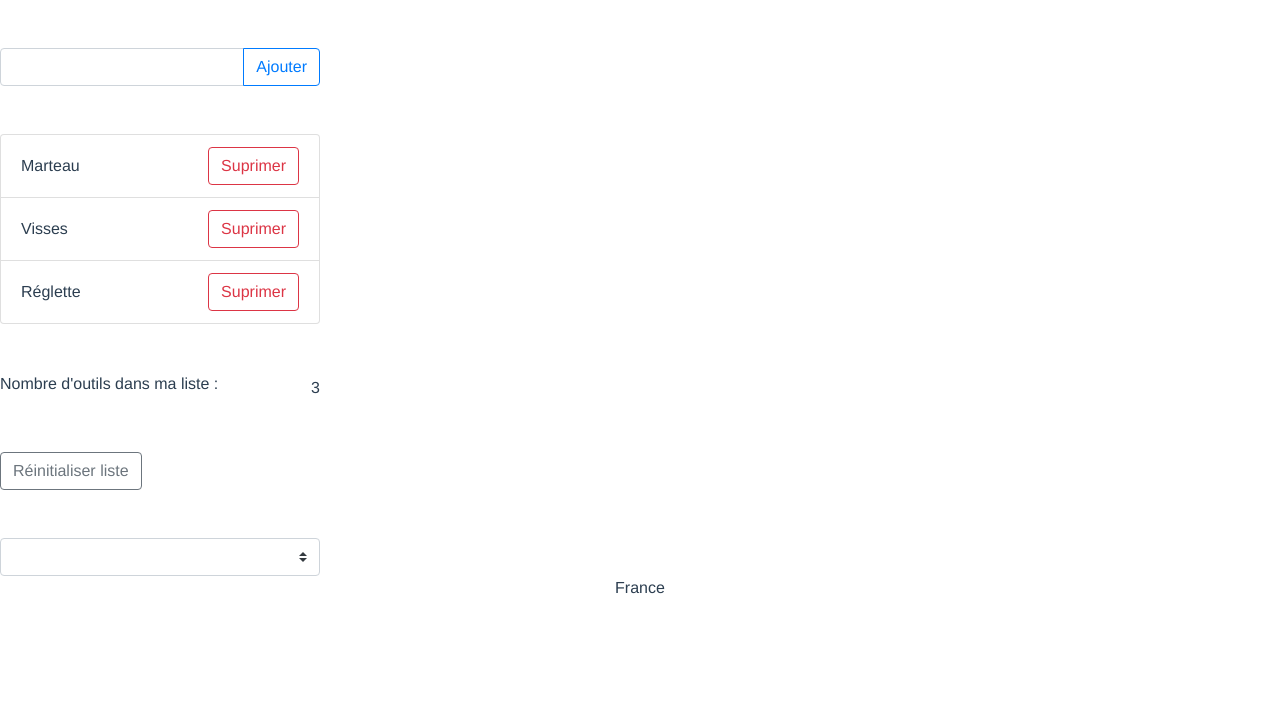
Repository: corentin-e-student/test-vue
Page: /
The author's editor kept a copy of each file at every save. The page is drawn from the files as they stood at one save, then again after the next save.
The browser window is 1280 px wide. The pictures show the whole page.
The project was rebuilt for these pictures with package versions that can differ from the ones it lists, and the page was loaded fresh each time. Also part of the build but not shown: vue.config.js.

Above is the page before, as saved 2023-03-09 15:44:05.

### src/main.js
import Vue from 'vue'
import App from './App.vue'
import router from './router'
import store from './store'
import { BootstrapVue } from 'bootstrap-vue'

import 'bootstrap/dist/css/bootstrap.css'
import 'bootstrap-vue/dist/bootstrap-vue.css'

Vue.use(BootstrapVue)
Vue.config.productionTip = false

new Vue({
  router,
  store,
  render: h => h(App)
}).$mount('#app')

### src/store/index.js
import Vue from 'vue'
import Vuex from 'vuex'

import modules from './modules'

Vue.use(Vuex)

export default new Vuex.Store({
  modules
})

### src/views/HomeView.vue
<template>
  <!-- <div>
    <TodoList/>
  </div> -->
  <div>
    <AddToolField/>
    <ToolsList @resetChange="resetTodoList"/>
    <SelectCountry v-on:selected-country="getSelected($event)"/>
    <AddSiretFieldInput v-if="showInputSiret === 'fr'"/>
    <div>France</div>
  </div>
</template>

<script>
// @ is an alias to /src
/* import TodoList from '@/components/TodoList.vue' */
import AddToolField from '@/components/AddToolField.vue'
import AddSiretFieldInput from '@/components/AddSiretFieldInput.vue'
import ToolsList from '@/components/ToolsList.vue'
import { mapActions, mapMutations } from 'vuex'
import SelectCountry from '@/components/SelectCountry.vue'

export default {
  name: 'HomeView',
  methods: {
    ...mapMutations({
      resetTodoList: "todo/TODO_LIST_SET"
    }),
    ...mapActions("todo", [ "resetList"]),
    getSelected(event) {
      console.log(event)
      this.showInputSiret = event;
    }
  },
components: {
  AddToolField,
  AddSiretFieldInput,
  ToolsList,
  /*TodoList,*/
  SelectCountry
}
}
</script>

### src/store/modules/index.js
const requireModule = require.context('.', false, /\.js$/)
const modules = {}

requireModule.keys().forEach(filename => {
  // create the module name from fileName
  const moduleName = filename
    .replace(/(\.\/|\.js|-)/g, '')

  modules[moduleName] = requireModule(filename).default || requireModule(filename)
})

export default modules

### src/components/AddToolField.vue
<template>
    <div id="app-1">
        <b-input-group class="w-25 mt-5">
            <b-form-input type="texte" v-model="toolname"></b-form-input>
            <b-input-group-append>
                <b-button variant="outline-primary"
                @click="addTool(toolname)">
                    Ajouter
                </b-button>
            </b-input-group-append>
        </b-input-group>
    </div>
</template>
<script>
import { mapActions, mapState, mapGetters } from 'vuex'
    export default {
        name: 'AddToolField',
        data: () => ({
            toolname: null
        }),
        computed: {
            ...mapState({
                todoList: state => state.todo.todoList,
            }),
            ...mapGetters("todo", ["publishTodoListLength"]),
        },
        watch: {
            publishTodoListLength() {
                this.toolname=""
            }
        },
        methods: {
            ...mapActions("todo", ["addTool"]),
        }
    }
</script>

### src/components/ToolsList.vue
<template>
    <div id="app-2">

        <b-list-group class="w-25 mt-5">
            <b-list-group-item class="d-flex justify-content-between align-items-center"
            v-for="(tool, index) in todoList" :key="tool.id">
                {{ tool.name }} <b-button variant="outline-danger"
                @click="removeTool(index)">Suprimer</b-button>
            </b-list-group-item>
        </b-list-group>

        <div class="w-25 mt-5 d-flex b-col justify-content-between align-items-center">
            <label>Nombre d'outils dans ma liste :</label>
            <span>{{ publishTodoListLength }}</span>
        </div>

        <b-button class="d-flex mt-5" variant="outline-secondary"
        @click="$emit('resetChange')">
            Réinitialiser liste
        </b-button>
    </div>
</template>
<script>
    import { mapActions, mapGetters, mapState } from 'vuex'
    export default {
        name: 'ToolsList',
        data: () => ({
            toolname:null
        }),
        computed: {
            ...mapState({
                todoList: state => state.todo.todoList,
            }),
            ...mapGetters("todo", ["publishTodoListLength"]),
        },
        watch: {
            publishTodoListLength(newVal, oldVal) {
                console.log(newVal, oldVal)
            }
        },
        created() {
            this.readTodoList()
        },
        methods: {
            ...mapActions("todo", ["readTodoList", "removeTool"]),
        }
    }
</script>

### src/components/SelectCountry.vue
<template>
  <div id="app-1" class="d-flex align-items-start">
    <b-form-select class="w-25 mt-5"
    v-model="selectedCountry"
    :options="options"
    @change="onChange"
    >
    </b-form-select>
  </div>
</template>
<script>

export default {
  name: 'AddSiretFieldInput',
  data: () => ({
    selected: null,
    options: [
      { value: null, text: 'Choisissez un pays' },
      { value: 'eng', text: 'Angleterre' },
      { value: 'fr', text: 'France' },
      { value: 'inde', text: 'Inde' },
      { value: 'china', text: 'Chine'}
    ]
  }),
  methods: {
    onChange() {
        this.$emit("selected-country", this.selectedCountry);
    }
}
}
</script>

### src/store/modules/todo.js
const TODO_LIST_SET = "TODO_LIST_SET"
const ADD_TOOL = "ADD_TOOL"
const REMOVE_TOOL = "REMOVE_TOOL"
const RESET_LIST = "RESET_LIST"

function initList() {
  return [{ id: 0, name: 'Marteau' },
  { id: 1, name: 'Visses' },
  { id: 2, name: 'Réglette' }]
}
export default {
  namespaced: true,
  state: {
    todoList: [],
  },
  getters: {
    publishTodoListLength: ({todoList}) => todoList.length
  },
  mutations: {
    [TODO_LIST_SET](state) {
        state.todoList = initList()
    },
    [ADD_TOOL](state, [publishTodoListLength, toolname]) {
      state.todoList.push({id: publishTodoListLength +1, name: toolname})
    },
    [REMOVE_TOOL](state, index) {
      state.todoList.splice(index, 1)
    },
    [RESET_LIST](state) {
      state.todoList = initList()
    },
  },
  actions: {
    readTodoList({commit}) {
        commit(TODO_LIST_SET)
    },
    addTool({commit, getters}, toolname) {
        commit(ADD_TOOL, [getters.publishTodoListLength, toolname])
    },
    removeTool({commit}, index) {
        commit(REMOVE_TOOL, index)
    },
    resetList({commit}) {
      commit(RESET_LIST)
    }
  },
}

### src/components/AddSiretFieldInput.vue
<template>
  <div id="app-1">
      <b-input-group class="w-25 mt-5">
          <b-form-input type="texte" v-model="toolname"></b-form-input>
          <b-input-group-append>
          </b-input-group-append>
      </b-input-group>
  </div>
</template>
<script>

export default {
    name: 'AddSiretFieldInput',
    data: () => ({
    }),
    computed: {

    },
    watch: {

    },
    methods: {

    }
}
</script>

Loaded but not shown: public/index.html (common file); src/App.vue (common file); src/router/index.js (common file)

After the next save:
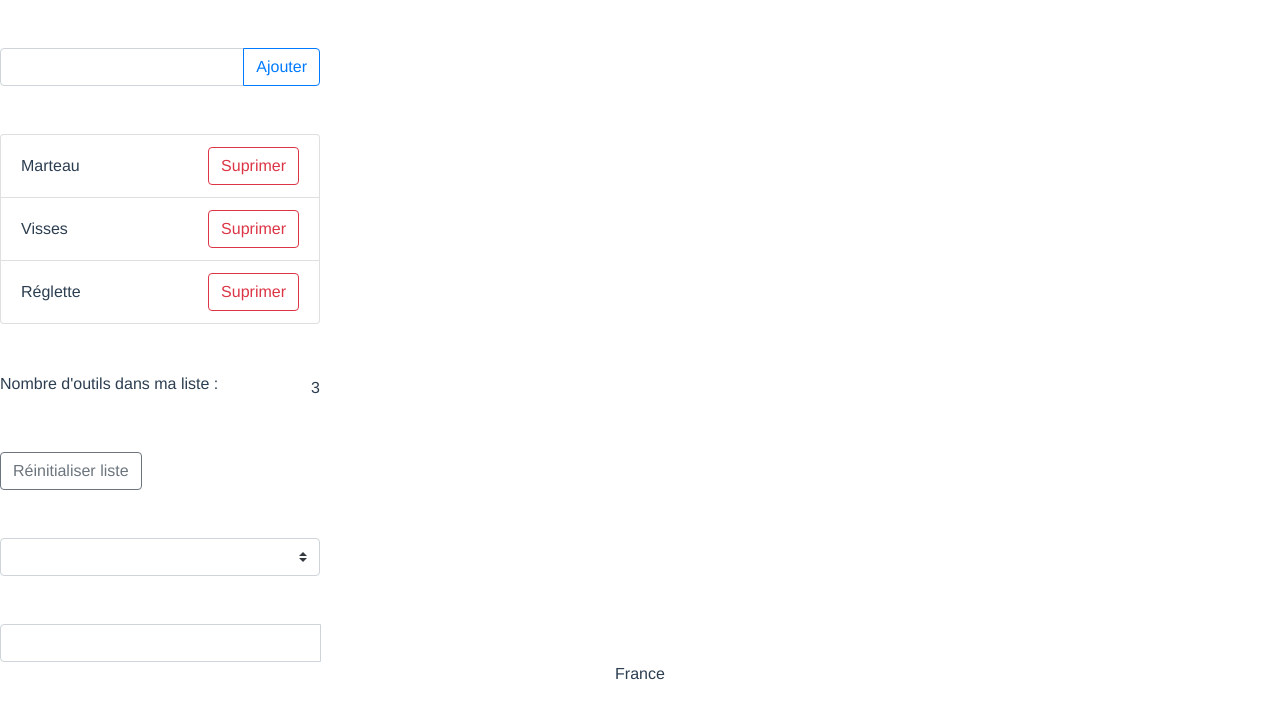
Saved 101 s later.
--- a/src/views/HomeView.vue
+++ b/src/views/HomeView.vue
@@ -6,7 +6,7 @@
     <AddToolField/>
     <ToolsList @resetChange="resetTodoList"/>
     <SelectCountry v-on:selected-country="getSelected($event)"/>
-    <AddSiretFieldInput v-if="showInputSiret === 'fr'"/>
+    <AddSiretFieldInput v-if="showInputSiret === fr"/>
     <div>France</div>
   </div>
 </template>

After the save that followed:
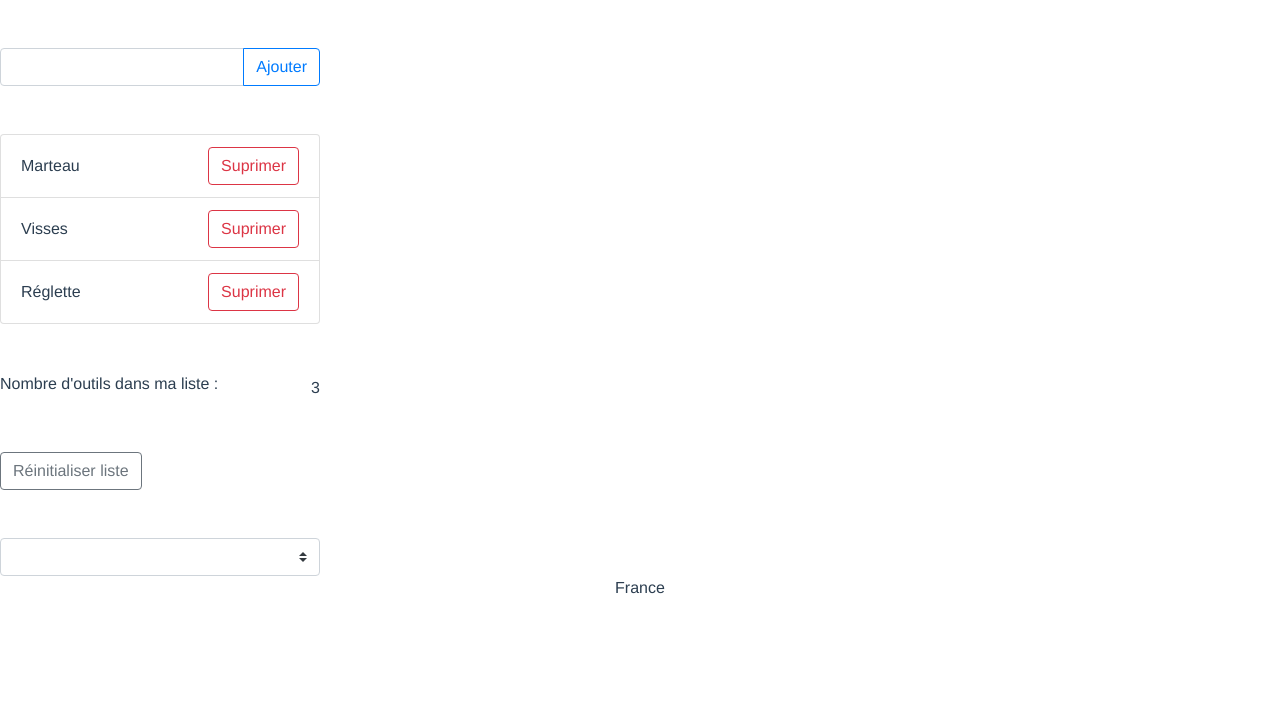
Saved 16 s later.
--- a/src/views/HomeView.vue
+++ b/src/views/HomeView.vue
@@ -6,7 +6,7 @@
     <AddToolField/>
     <ToolsList @resetChange="resetTodoList"/>
     <SelectCountry v-on:selected-country="getSelected($event)"/>
-    <AddSiretFieldInput v-if="showInputSiret === fr"/>
+    <AddSiretFieldInput v-if="showInputSiret === 'fr'"/>
     <div>France</div>
   </div>
 </template>
